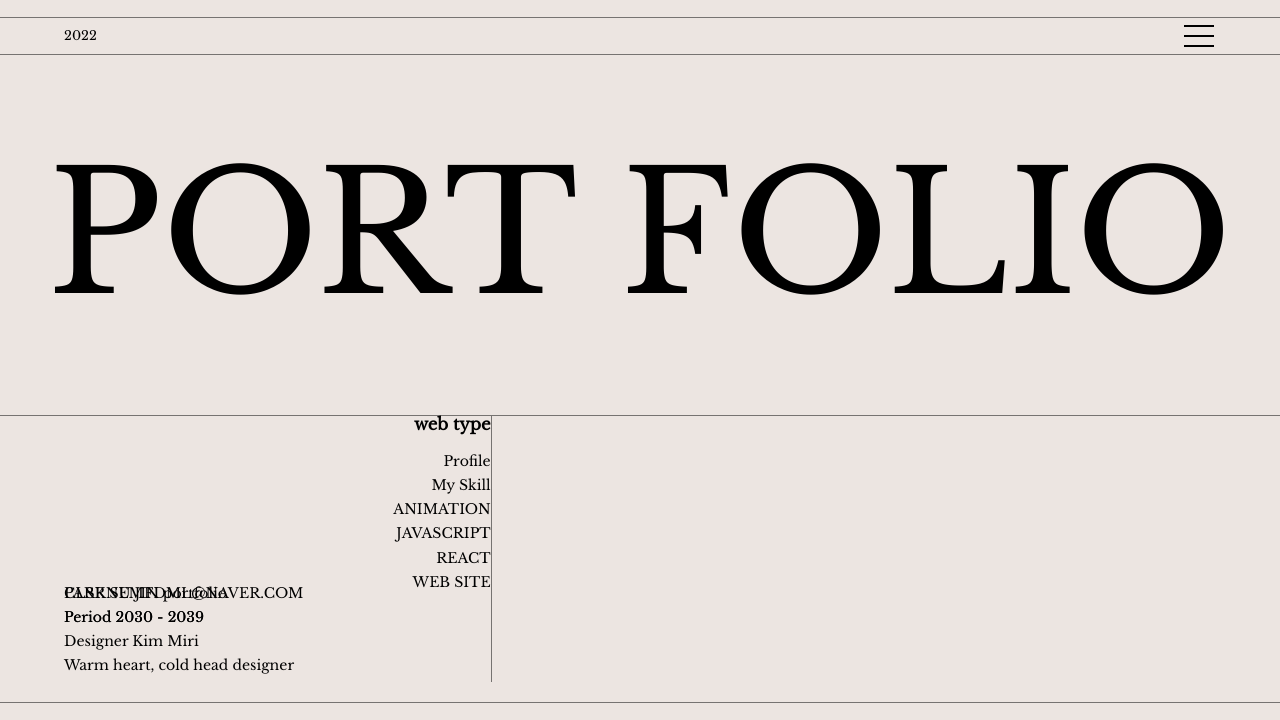
Repository: clsrnemfdml/portfolio_parksj_versiton1
Page: index.html
An editor plug-in stored every save of this project. The page is shown before and after the next save, followed by the edit.
The browser window is 1280 px wide. The pictures show the whole page.

Above is the page before, as saved 2021-09-07 07:30:45.

### index.html
<!DOCTYPE html>
<html lang="en">
<head>
    <meta charset="UTF-8">
    <meta http-equiv="X-UA-Compatible" content="IE=edge">
    <meta name="viewport" content="width=device-width, initial-scale=1.0">
    <title>parkjs portfolio</title>
    <meta name="descripsion" content="박수진의 포트폴리오 입니다.">
    <link rel="stylesheet" href="css/reset.css">
    <link rel="stylesheet" href="css/index.css">
    <style> @import url('https://fonts.googleapis.com/css2?family=Libre+Baskerville&display=swap');</style>
    <script src="js/index.js"></script>

</head>
<body>
    <div id="wrap">
        <section id="section1">
            <div class="wrap_portFolio">
                <div class="menu">
                    <p>2022</p>
                    <span>
                    </span>
                </div>
                <div class="content">
                    <h6>PORT FOLIO</h6>
                </div>
                <div class="content_bottom">
                    <div class="rsum1">
                        <p>PARK SU JIN portfolio</p>
                        <p>Period  2030 - 2039</p>
                        <p>Designer   Kim Miri</p>
                        <p>Warm heart, cold head designer</p>
                    </div>
                    <div class="rsum2">
                        <p>CLSRNEMFDML@NAVER.COM</p>
                        <p>Period  2030 - 2039</p>
                    </div>
                    <div class="rsum3">
                        <p class="fitst_write">web type</p>
                        <p>Profile</p>
                        <p>My Skill</p>
                        <p>ANIMATION</p>
                        <p>JAVASCRIPT</p>
                        <p>REACT</p>
                        <p>WEB SITE</p>

                    </div>
                </div>
            </div>

        </section>
    </div>

</body>
</html>

### css/index.css


#wrap{width: 100%; height: auto;}




/*section1 */
#wrap #section1{height: 100vh; width: 100%; background: #ECE5E1;
    font-family: 'Libre Baskerville', serif; position: relative;}

#wrap #section1 .wrap_portFolio{
    width: 100%;
    height: 95vh;
    position: absolute;
    top: 50%;
    transform: translateY(-50%);
    border-bottom: 1px solid #767371;
    border-top: 1px solid #767371;
}

#wrap #section1 .menu{
    width: 100%;
    height: 5vh;
    border-bottom: 1px solid #767371;
    position: relative;
    font-size: 1vw;

}
#wrap #section1 .menu p{
    padding-left: 5%;
    position: absolute;
    top: 50%;
    transform: translateY(-50%);
}
#wrap #section1 .menu span{
    display: block;
    position: absolute;
    right: 4%;
    top: 50%;
    transform: translate(-50%, -50%);
    width: 30px;
    height: 2px;
    background: rgb(0, 0, 0);
    float: right;
}
    #wrap #section1 .menu span::before{
    content: '';
    width: 30px;
    height: 2px;
    background: rgb(0, 0, 0);
    position: absolute;
    left: 0;
    bottom: 10px;
    transform: rotate(0deg);
    transition-duration: .3s;
}
    #wrap #section1 .menu span::after{
        content: '';
        width: 30px;
        height: 2px;
        background: rgb(0, 0, 0);
        position: absolute;
        left: 0;
        top: 10px;
        transform: rotate(0deg);
        transition-duration: .3s;
    }

    #wrap #section1 .content{
        height: 50vh;
        position: relative;
        width: 100%;
        font-size: 13vw;
        text-align: center;
        border-bottom: 1px solid #767371;


    }
    #wrap #section1 .content h6{
        position: absolute;
        width: 100%;
        top: 50%;
        left: 50%;
        transform: translate(-50% , -50%);
        font-weight: 300;
    }

    #wrap #section1 .content_bottom{
        width: 100%;
        height: 40vh;
        position: absolute;
        display: flex;
    }


    #wrap #section1 .content_bottom > div{
        width: 33.333%;
        height: auto;
        font-size: 1.1vw;
        padding-left: 5%;
        position: relative;



    }
    #wrap #section1 .content_bottom > div p{
        padding-bottom: 10px;
    }

    #wrap #section1 .content_bottom .rsum1{
        position: absolute;
        border-right: 1px solid #767371;
        padding-top: 170px;


    }
    #wrap #section1 .content_bottom .rsum2{
        position: absolute;
        border-right: 1px solid #767371;
        padding-top: 170px;
    }

    #wrap #section1 .content_bottom .rsum3{
    padding-right: 5%;
    }

    #wrap #section1 .content_bottom .rsum3 p{
        text-align: right;
    }
    #wrap #section1 .content_bottom .rsum3 .fitst_write{
        font-weight: bold;
        font-size: 1.3vw;
        padding-bottom: 3vh;
    }

Loaded but not shown: css/reset.css (common file); js/index.js (no stored copy; drawn as an empty file)

After the next save:
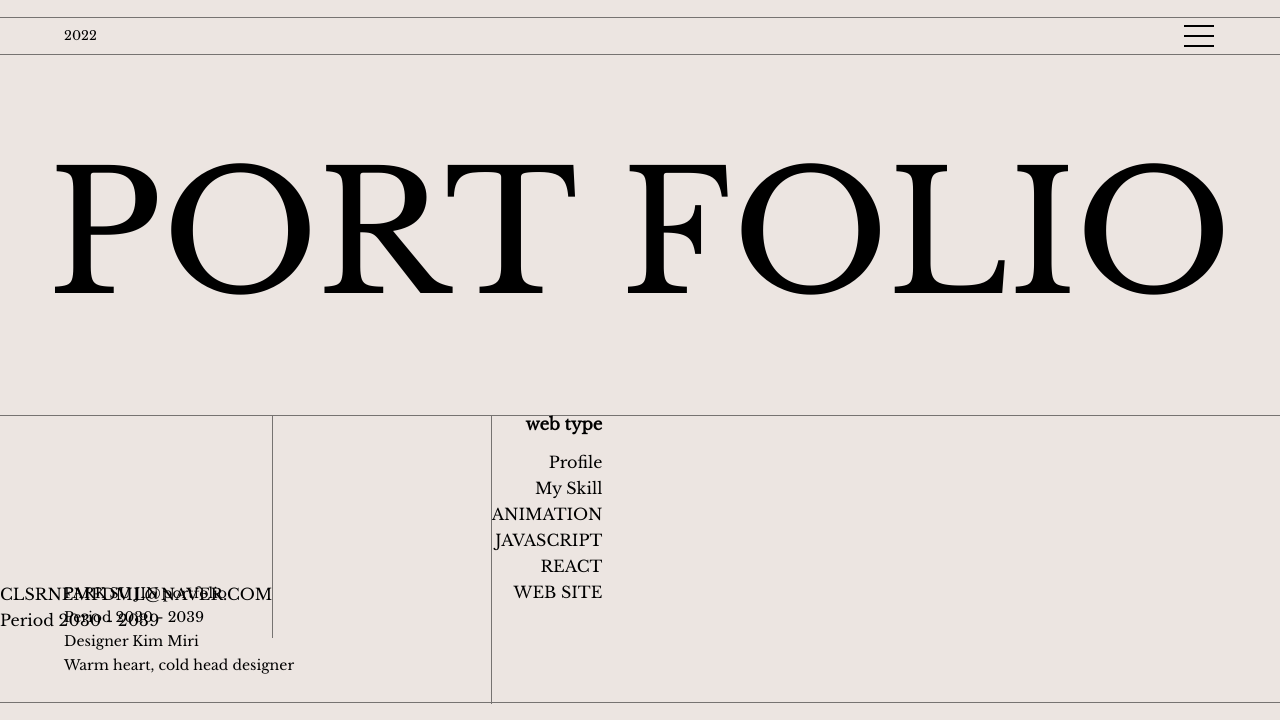
Saved 12 s later.
--- a/css/index.css
+++ b/css/index.css
@@ -94,7 +94,7 @@
     }
 
 
-    #wrap #section1 .content_bottom > div{
+    #wrap #section1 .content_bottom div:nth-child(1){
         width: 33.333%;
         height: auto;
         font-size: 1.1vw;
